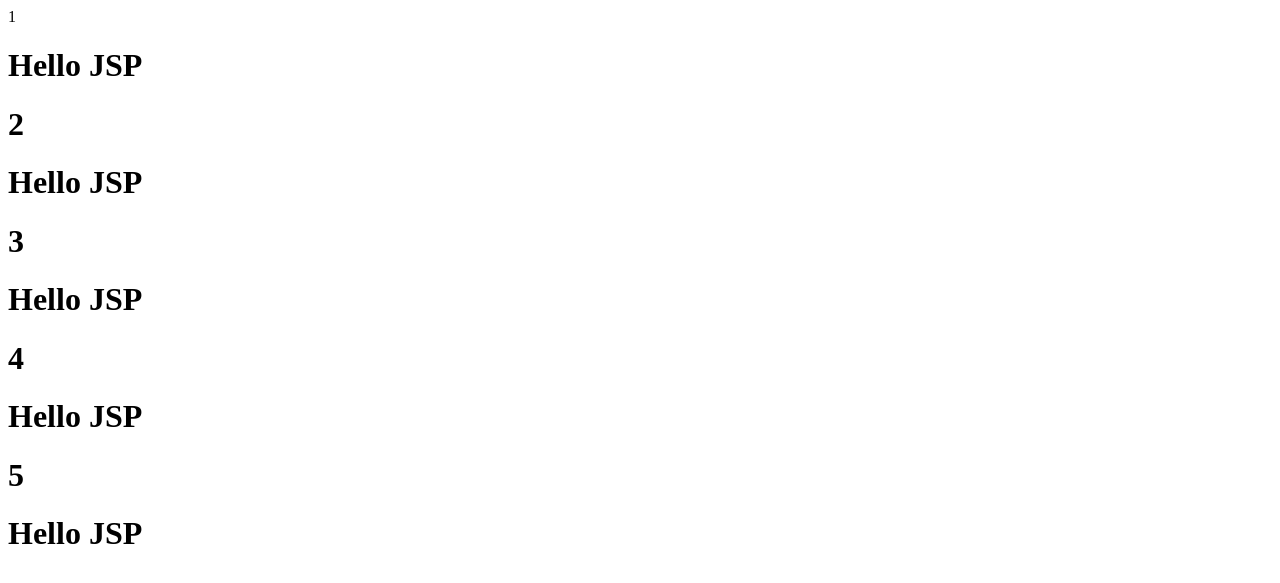
Repository: Jungsol/Servlet_JSP_study
Page: http://localhost/JSP/ex07_out.jsp
An editor plug-in stored every save of this project. The page is shown before and after the next save, followed by the edit.
The browser window is 1280 px wide. The pictures show the whole page.
The page is served by Tomcat 9. Other server files are loaded and not shown.

Above is the page before, as saved 2023-06-08 15:44:31.

### JSP/src/main/webapp/ex07_out.jsp
<%@ page language="java" contentType="text/html; charset=EUC-KR"
    pageEncoding="EUC-KR"%>
<!DOCTYPE html>
<html>
<head>
<meta charset="EUC-KR">
<title>Insert title here</title>
</head>
<body>

	<!-- out객체 : 웹 페이지에 정보를 출력하기 위한 객체
				-> html태그와 같이 사용하게 되면 코드 간결 -->
	<%
		for(int i=0; i<5; i++){
			out.print(i+1+" <h1>Hello JSP<h1>");
		}
	%>
</body>
</html>

After the next save:
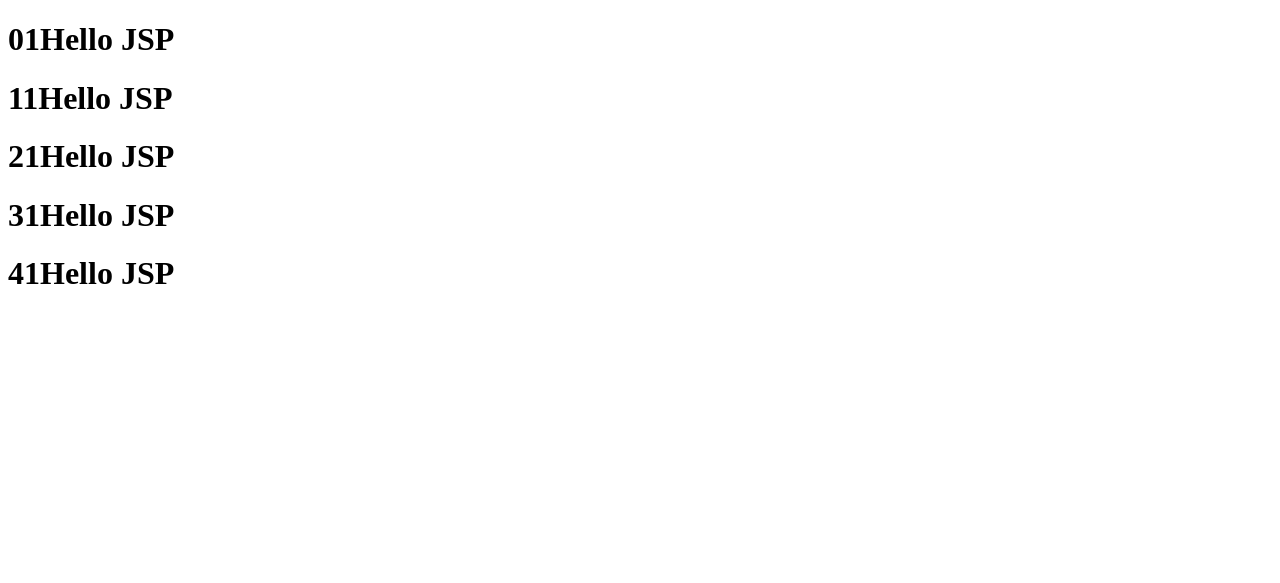
Saved 24 s later.
--- a/JSP/src/main/webapp/ex07_out.jsp
+++ b/JSP/src/main/webapp/ex07_out.jsp
@@ -12,7 +12,7 @@
 				-> html태그와 같이 사용하게 되면 코드 간결 -->
 	<%
 		for(int i=0; i<5; i++){
-			out.print(i+1+" <h1>Hello JSP<h1>");
+			out.print("<h1>"+i+1+"Hello JSP<h1>");
 		}
 	%>
 </body>
